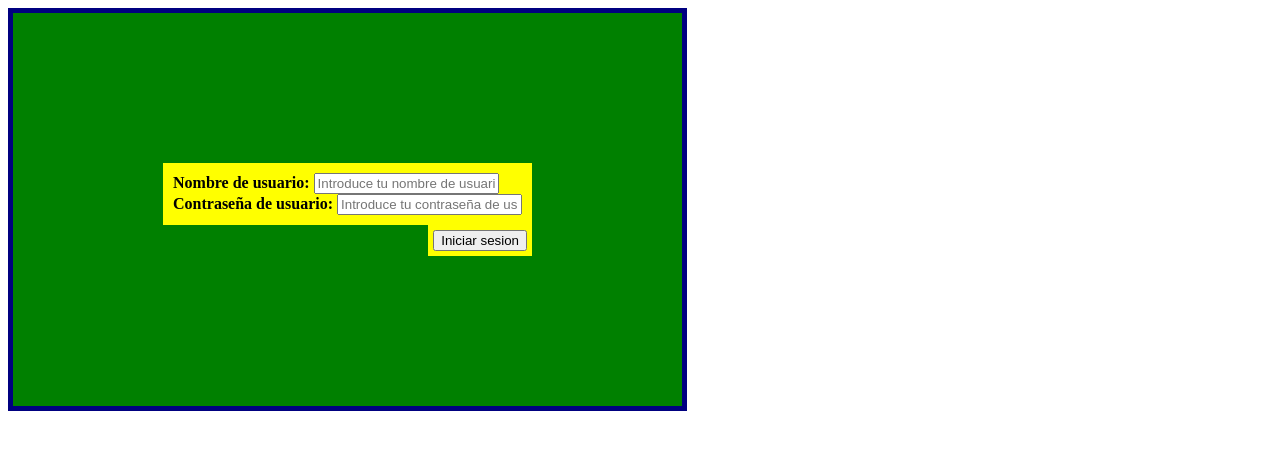
Repository: angegon/Developing-Applications-for-the-Java-EE-Platform
Page: javaee/08_ejemplo_fordward_login/WebContent/login.html
The author's editor kept a copy of each file at every save. The page is drawn from the files as they stood at one save, then again after the next save.
The browser window is 1280 px wide. The pictures show the whole page.

Above is the page before, as saved 2016-12-21 16:02:09.

After the next save:
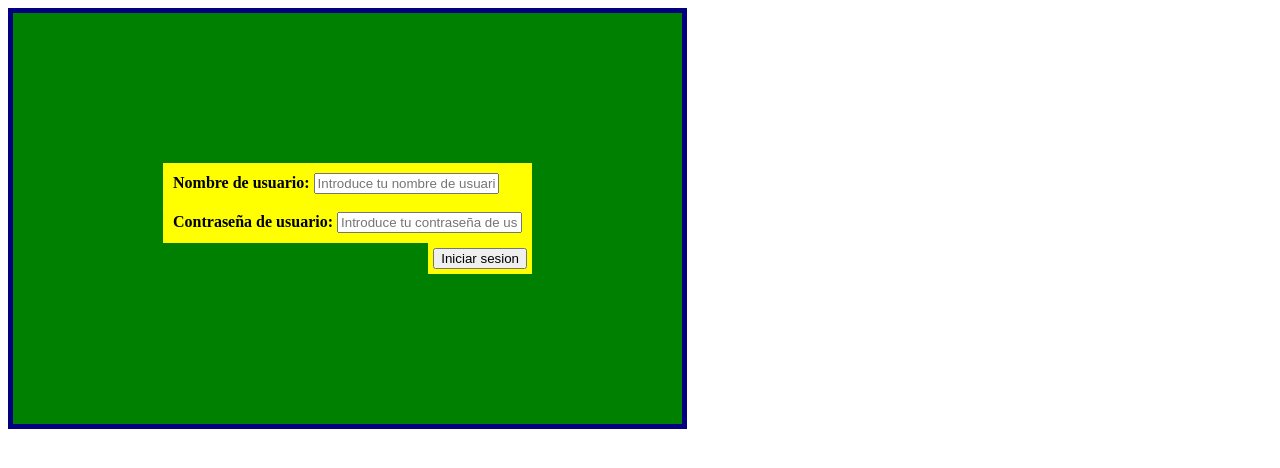
Saved 22 s later.
--- a/javaee/08_ejemplo_fordward_login/WebContent/login.html
+++ b/javaee/08_ejemplo_fordward_login/WebContent/login.html
@@ -11,7 +11,7 @@
 
 	<div style="background-color: yellow; padding: 10px">
 	<b>Nombre de usuario:</b> <input type="text" name="usuario" placeholder="Introduce tu nombre de usuario"/>
-	</br>
+	</br></br>
 	<b>Contraseña de usuario: </b><input type="password" name="password" placeholder="Introduce tu contraseña de usuario"/>
 	</br>
 	</div>
